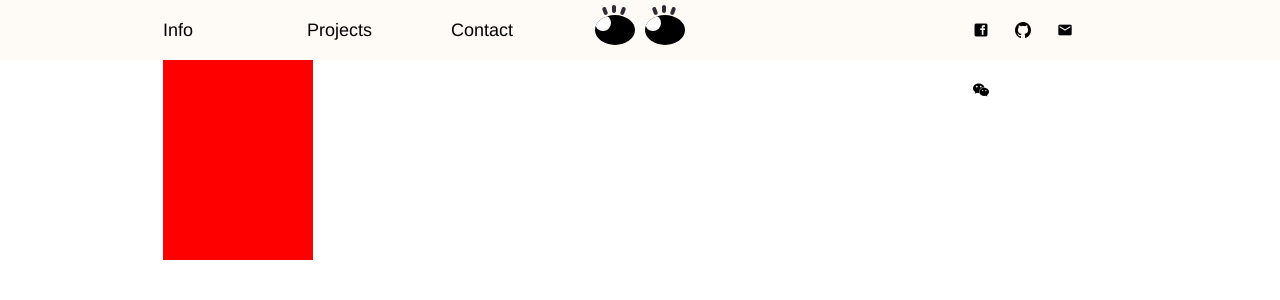
Repository: jinghuai8092/personal_website
Page: /
An editor plug-in stored every save of this project. The page is shown before and after the next save, followed by the edit.
The browser window is 1280 px wide. The pictures show the whole page.
The project was rebuilt for these pictures with package versions that can differ from the ones it lists, and the page was loaded fresh each time.

Above is the page before, as saved 2021-09-09 22:26:22.

After the next save:
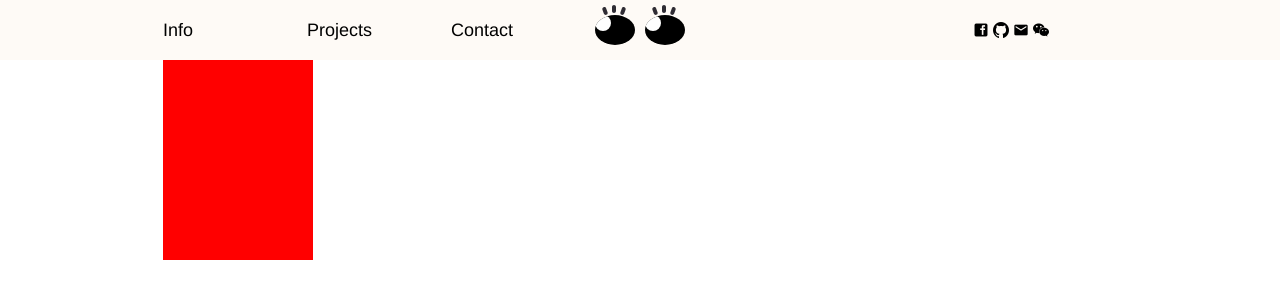
Saved 6 s later.
--- a/src/common/header/header.module.css
+++ b/src/common/header/header.module.css
@@ -71,7 +71,7 @@
     margin-right: 5px;
 }
 .iconfont{
-    font-size: 29px;
+    font-size: 29px; !important
     margin-right: 22px;
 }
 .infoMenu{
